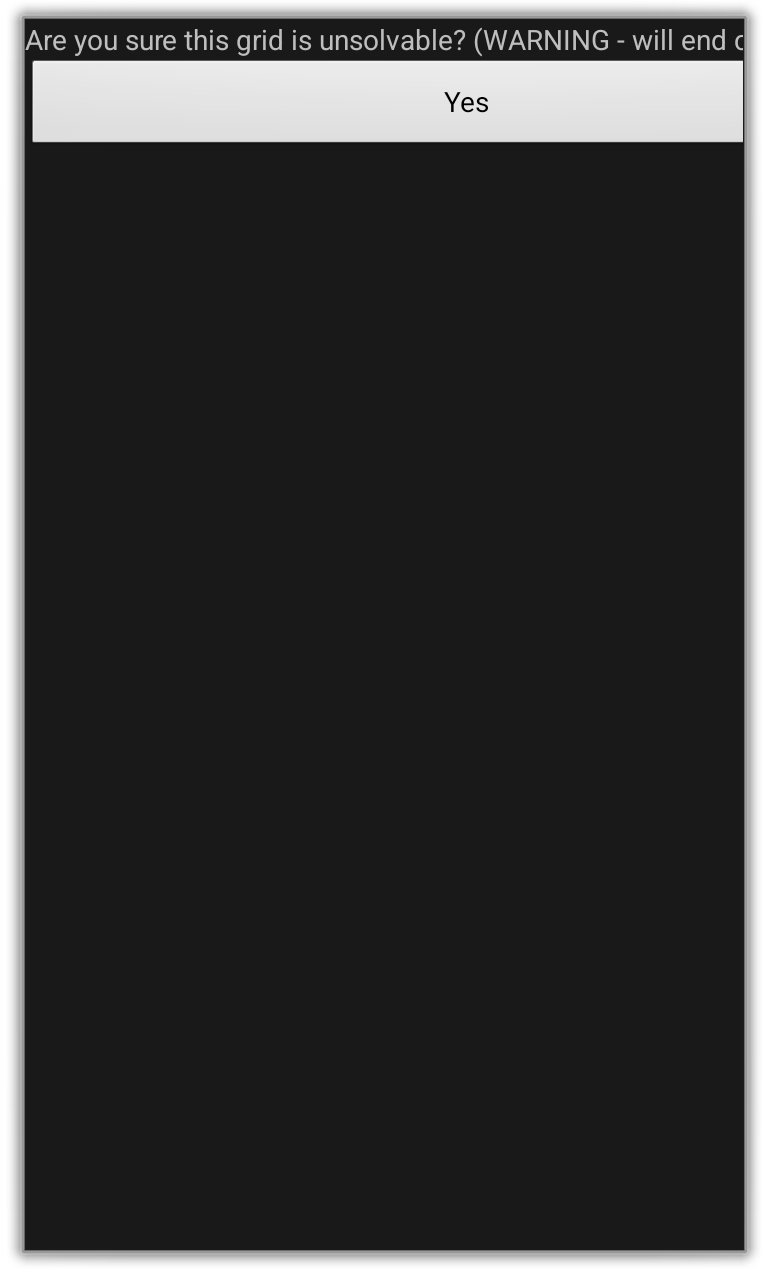
Repository: rickydalziel/project
Layout: Numbersorter/res/layout/activity_unsolve_dialog.xml
The author's editor kept a copy of each file at every save. The layout is drawn from the files as they stood at one save, then again after the next save.
It is drawn on a 768 x 1280 px phone screen (xhdpi) without system bars, with theme android:Theme.Dialog; the app's code is not run.

Above is the layout before, as saved 2013-03-07 13:40:30.

### Numbersorter/res/layout/activity_unsolve_dialog.xml
<?xml version="1.0" encoding="utf-8"?>


      <TableLayout xmlns:android="http://schemas.android.com/apk/res/android"
	        android:layout_width="fill_parent"
			android:layout_height="fill_parent"
	        android:orientation="vertical"
	        android:stretchColumns="1">

       <TableRow>

	    <TextView
	        android:layout_width="fill_parent"
	        android:layout_height="wrap_content"
	        android:layout_gravity="center"
	        android:text="@string/unsolveable" />

        </TableRow>

       <TableRow>

	       <Button
	           android:id="@+id/unsolve_yes_button"
	           android:layout_width="fill_parent"
	           android:layout_height="fill_parent"
	           android:text="@string/yes"
	           android:onClick="yesPressed"/>

	        <Button
	           android:id="@+id/unsolve_cancel_button"
	           android:layout_width="fill_parent"
	           android:layout_height="fill_parent"
	           android:text="@string/cancel"
	           android:onClick="cancelPressed"  />

        </TableRow>

       </TableLayout>

### Numbersorter/res/values/strings.xml
<?xml version="1.0" encoding="utf-8"?>
<resources>

    <!-- Main menu strings -->

    <string name="app_name">Numbersorter</string>
    <string name="main_menu">Main Menu</string>
    <string name="menu_settings">Settings</string>
    <string name="title_activity_main">Number Sorter</string>
    <string name="new_game">New Game</string>
    <string name="continue_game">Continue</string>
    <string name="about">About</string>
    <string name="exit_game">Exit</string>

    <!-- About scree strings -->

    <string name="about_app">About Numbersorter</string>
    <string name="about_text">	    Numbersorter is a program written and desgned by Ricky Dalziel, for his 4th year honours project.
	    The aim of the game is to swipe a mxn grid of numbers into position so that they read from 1 - (m*n).
	</string>
    <string name="hello_world">Hello world!</string>
    <string name="title_activity_about">AboutActivity</string>

    <!-- New game dialog strings -->

    <string name="newgametext">Please select a board width and height</string>
    <string name="height">Height</string>
    <string name="width">Width</string>
    <string name="cancel">Cancel</string>

    <!-- Array options for the dialog box -->

    <string-array name="size_array">
        <item>3</item>
        <item>4</item>
        <item>5</item>
        <item>6</item>
    </string-array>

    <string name="title_activity_game">Game</string>
    <string name="title_activity_unsolve_dialog">Unsolveable?</string>
    <string name="unsolveable">Are you sure this grid is unsolvable? (WARNING -  will end current game)</string>
    <string name="yes">Yes</string>
    <string name="no">No</string>

</resources>

After the next save:
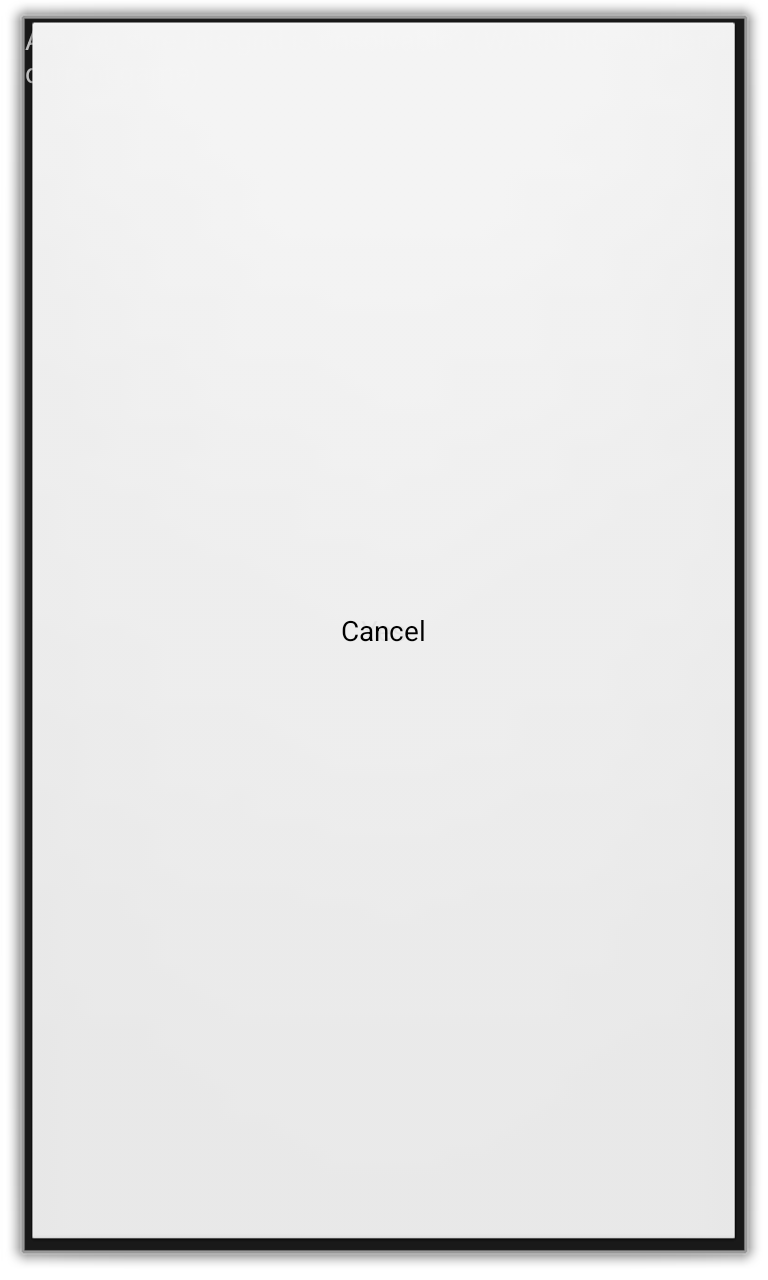
Saved 2 min 23 s later.
--- a/Numbersorter/res/layout/activity_unsolve_dialog.xml
+++ b/Numbersorter/res/layout/activity_unsolve_dialog.xml
@@ -1,25 +1,15 @@
 <?xml version="1.0" encoding="utf-8"?>
+<RelativeLayout xmlns:android="http://schemas.android.com/apk/res/android"
+    android:layout_width="match_parent"
+    android:layout_height="match_parent" >
 
-
-      <TableLayout xmlns:android="http://schemas.android.com/apk/res/android"
-	        android:layout_width="fill_parent"
-			android:layout_height="fill_parent"
-	        android:orientation="vertical"
-	        android:stretchColumns="1">
-
-       <TableRow>
-
-	    <TextView
+    <TextView
 	        android:layout_width="fill_parent"
 	        android:layout_height="wrap_content"
 	        android:layout_gravity="center"
 	        android:text="@string/unsolveable" />
 
-        </TableRow>
-
-       <TableRow>
-
-	       <Button
+    <Button
 	           android:id="@+id/unsolve_yes_button"
 	           android:layout_width="fill_parent"
 	           android:layout_height="fill_parent"
@@ -33,6 +23,4 @@
 	           android:text="@string/cancel"
 	           android:onClick="cancelPressed"  />
 
-        </TableRow>
-
-       </TableLayout>
+</RelativeLayout>
